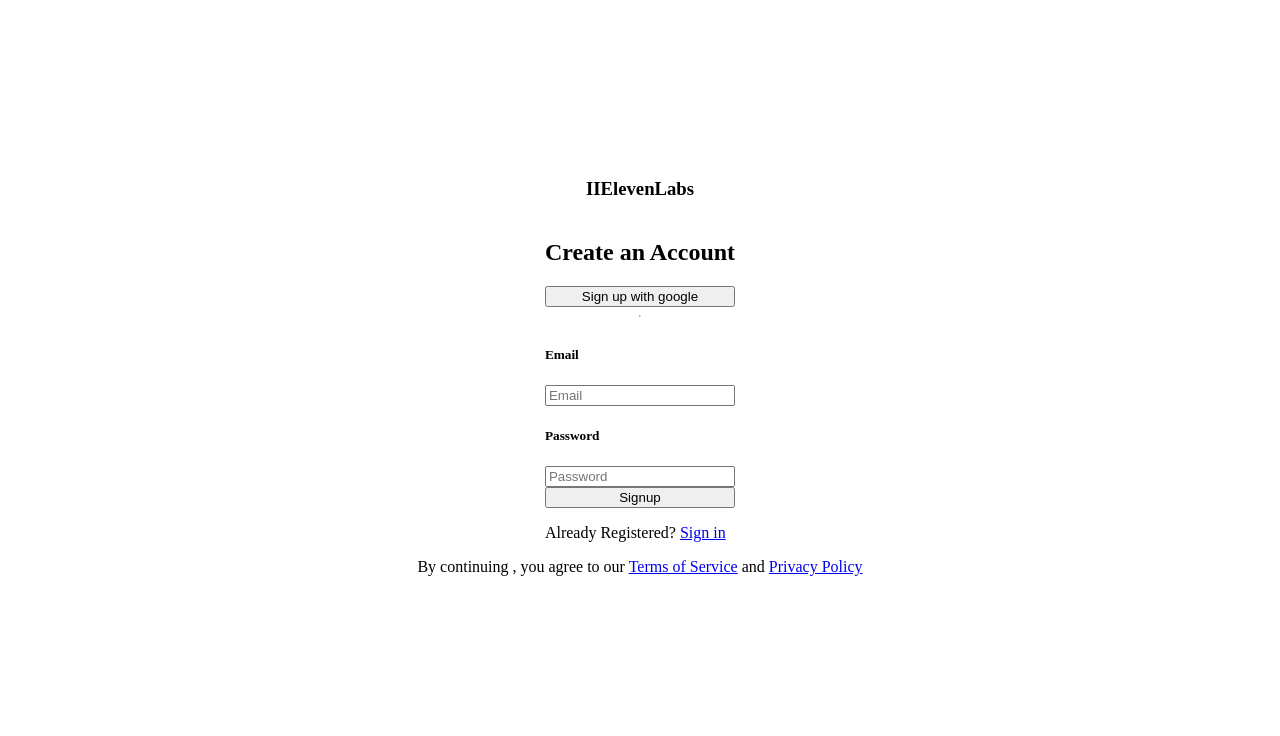
Repository: RohanSai22/harkirat-cohort-learnings
Page: Web/w1_a.html
The author's editor kept a copy of each file at every save. The page is drawn from the files as they stood at one save, then again after the next save.
The browser window is 1280 px wide. The pictures show the whole page.

Above is the page before, as saved 2026-03-24 10:15:13.

### Web/w1_a.html
<html>
    <head>
        <title>Elevel Labs Assignment</title>
    </head>
    <body>
        <div style="display: flex; flex-direction: column; min-height: 100vh;justify-content: center; align-items: center;">
            <div>
                <h3>IIElevenLabs</h3>
            </div>
            <div style="display: flex; flex-direction: column; ">
                <h2>Create an Account</h2>
                <button onclick="window.location.href='https://www.gmail.com'">Sign up with google</button>
                <hr>
                <h5>Email</h5>
                <input type="email" placeholder="Email"/>
                <h5>Password</h5>
                <input type="password" placeholder="Password"/>
                <button>Signup</button>
                <p>
                    Already Registered?
                    <a href="https://www.gmail.com">Sign in</a>
                </p>
            </div>
            <div>
                By continuing , you agree to our <a href="https://www.google.com/terms-and-conditions">Terms of Service</a> and <a href="https://www.google.com/privacy-policy">Privacy Policy</a>
            </div>
        </div>
    </body>
</html>

After the next save:
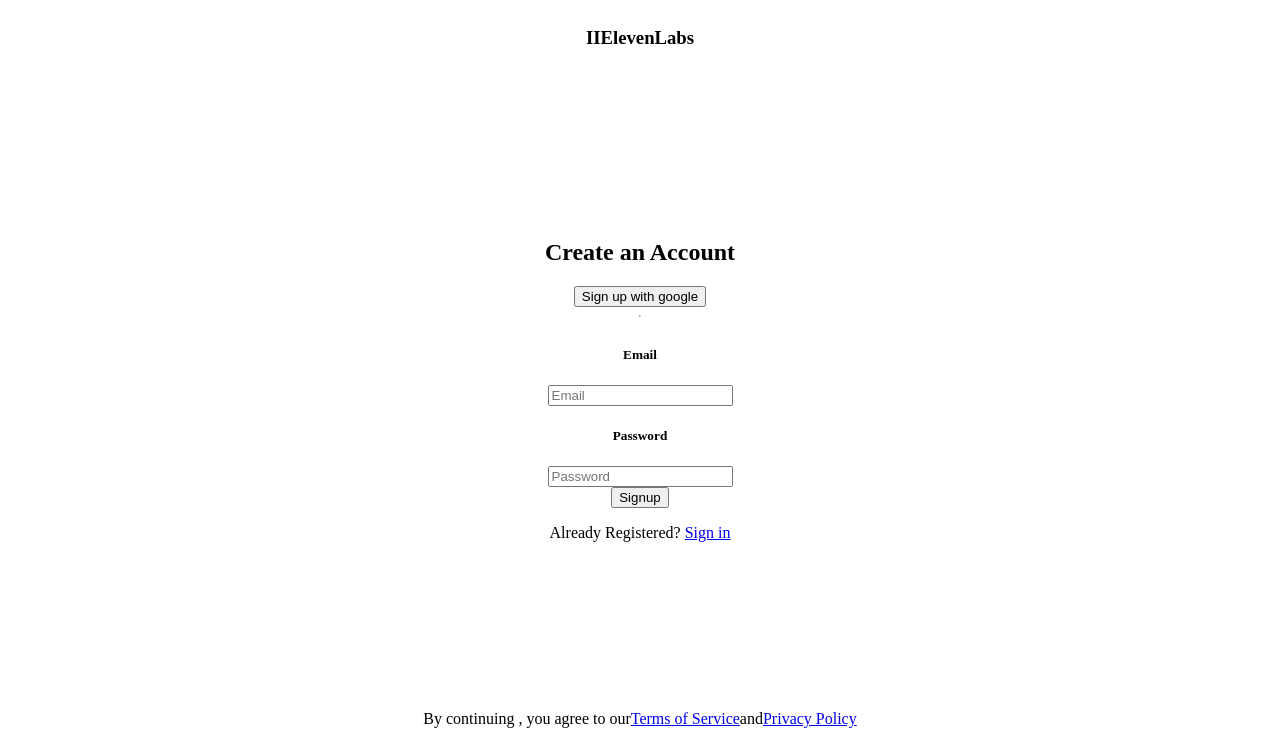
Saved 31 s later.
--- a/Web/w1_a.html
+++ b/Web/w1_a.html
@@ -3,11 +3,11 @@
         <title>Elevel Labs Assignment</title>
     </head>
     <body>
-        <div style="display: flex; flex-direction: column; min-height: 100vh;justify-content: center; align-items: center;">
-            <div>
+        <div style="display: flex; flex-direction: column; min-height: 100vh;justify-content: space-between">
+            <div style="display:flex; justify-content: center;">
                 <h3>IIElevenLabs</h3>
             </div>
-            <div style="display: flex; flex-direction: column; ">
+            <div style="display: flex; justify-content: center; align-items: center; flex-direction: column; ">
                 <h2>Create an Account</h2>
                 <button onclick="window.location.href='https://www.gmail.com'">Sign up with google</button>
                 <hr>
@@ -21,7 +21,7 @@
                     <a href="https://www.gmail.com">Sign in</a>
                 </p>
             </div>
-            <div>
+            <div style="display:flex;justify-content: center;">
                 By continuing , you agree to our <a href="https://www.google.com/terms-and-conditions">Terms of Service</a> and <a href="https://www.google.com/privacy-policy">Privacy Policy</a>
             </div>
         </div>
